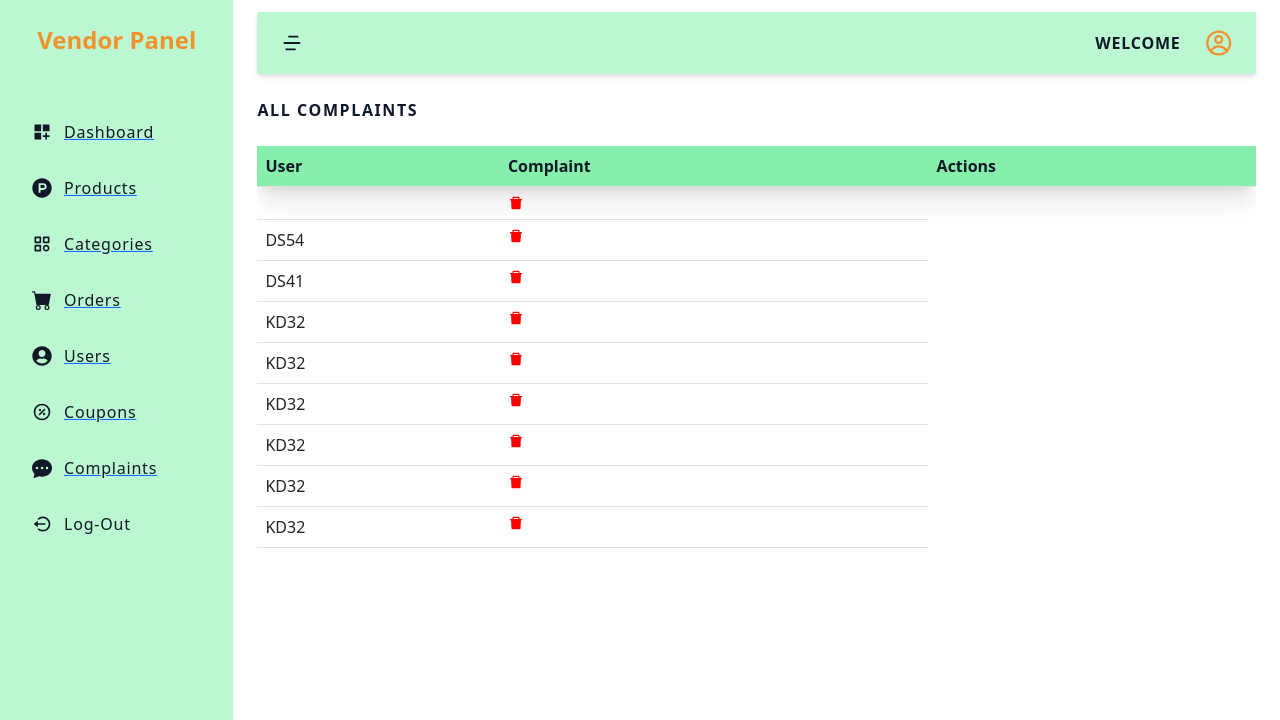
Repository: FlyweisReact/JitenderAdminPanel
Page: /chat
The author's editor kept a copy of each file at every save. The page is drawn from the files as they stood at one save, then again after the next save.
The browser window is 1280 px wide. The pictures show the whole page.
The project was rebuilt for these pictures with package versions that can differ from the ones it lists, and the page was loaded fresh each time. Also part of the build but not shown: src/components/forms/Login.jsx, src/components/pages/Dashboard.jsx, src/components/vendorPanel/components/layout/Navbar.jsx, src/components/vendorPanel/components/layout/Sidebar.jsx, src/components/vendorPanel/components/layout/HOC.jsx, src/components/vendorPanel/components/pages/Message/Message.js, src/components/pages/UserKundli/UserKundli.jsx, src/components/pages/discount/Discount.jsx and 18 more.

Above is the page before, as saved 2022-11-05 17:04:57.

After the next save:
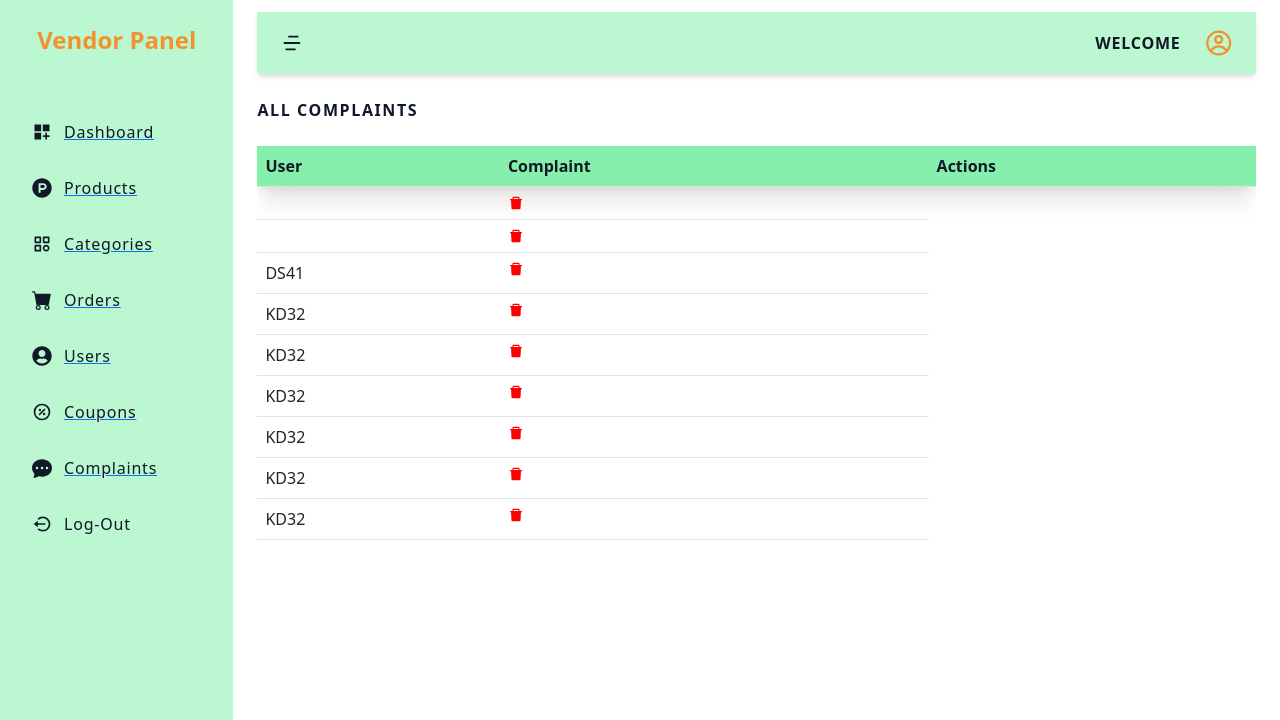
Saved 11 s later.
--- a/src/components/pages/reactChat/Chat.js
+++ b/src/components/pages/reactChat/Chat.js
@@ -18,11 +18,8 @@ const products = [
   com : "Lorem Ipsum is simply dummy text of the printing and typesetting industry. Lorem Ipsum has been the industry's standard dummy text ever since the 1500s, when an unknown printer took a galley of type and scrambled it to make a type specimen book. It has survived not only five centuries, but also the leap into electronic typesetting, remaining essentially unchanged. It was popularised in the 1960s with the release of Letraset sheets containing Lorem Ipsum passages, and more recently with desktop publishing software like Aldus PageMaker including versions of Lorem Ipsum."
   },
   {
-    code: "DS54",
-    ActivationDate: "01/10/2022",
-    Expirydate: "10/10/2032",
-    discount: "54",
-    minOrder: "845",
+    user : 'User1' ,
+    com : "Lorem Ipsum is simply dummy text of the printing and typesetting industry. Lorem Ipsum has been the industry's standard dummy text ever since the 1500s, when an unknown printer took a galley of type and scrambled it to make a type specimen book. It has survived not only five centuries, but also the leap into electronic typesetting, remaining essentially unchanged. It was popularised in the 1960s with the release of Letraset sheets containing Lorem Ipsum passages, and more recently with desktop publishing software like Aldus PageMaker including versions of Lorem Ipsum."
   },
   {
     code: "DS41",
